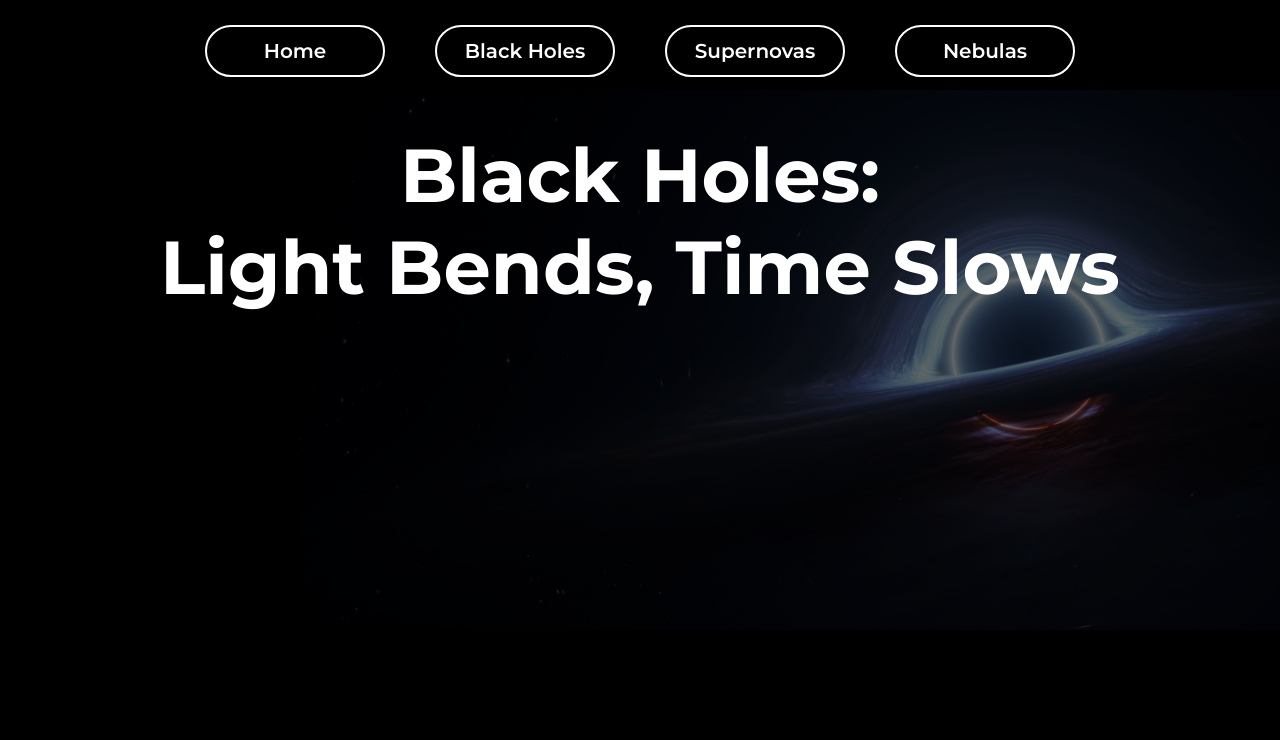
Repository: english-only/Space-Website
Page: black_hole.html
These files come from the project's save history. The page is drawn as it stood at one moment and after the next save; the edit follows.
The browser window is 1280 px wide. The pictures show the whole page.
The pointer rests on the first visible `.page-2-hero`.
Backgrounds fixed to the window are drawn as part of the page.

Above is the page before, as saved 2024-12-16 09:41:40.

After the next save:
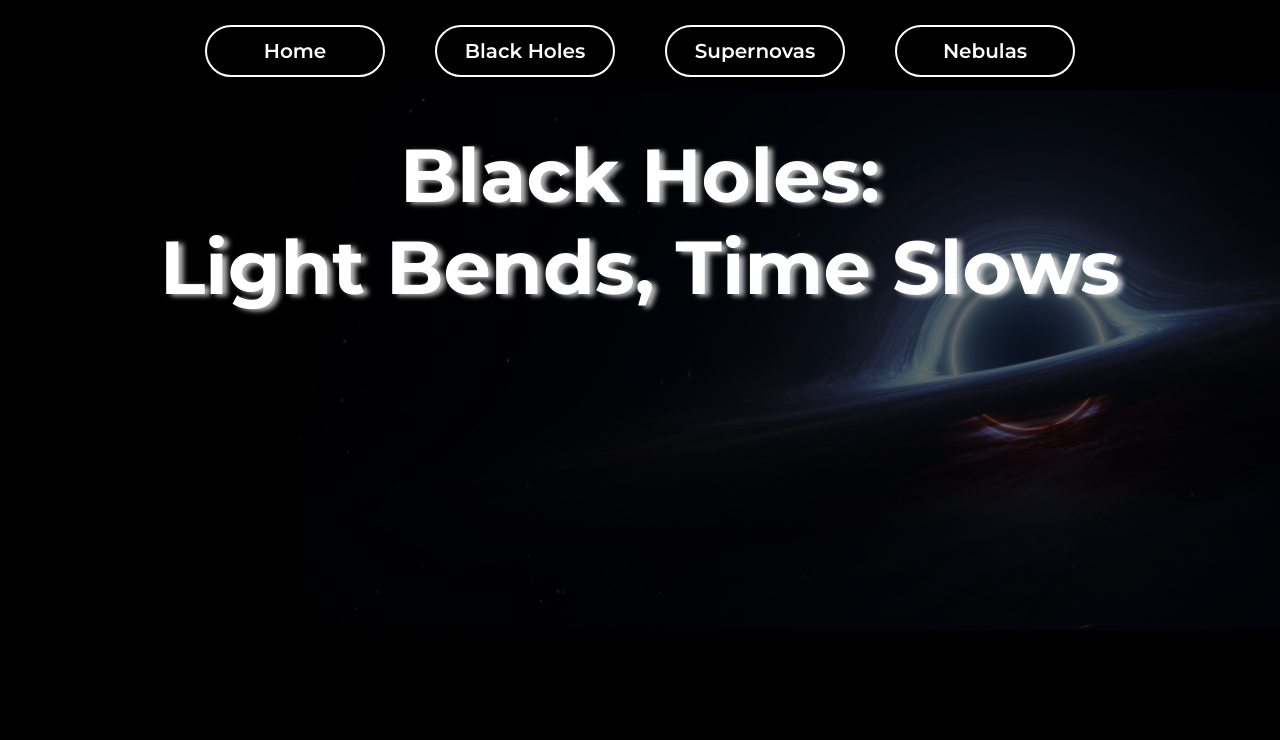
Saved 6 s later.
--- a/main.css
+++ b/main.css
@@ -316,7 +316,7 @@ body {
 }
 
 .page-2-hero:hover {
-  text-shadow: 5px5p rgba(255, 255, 255, 0.7); /* White shadow */
+  text-shadow: 5px 2px 5px rgba(255, 255, 255, 0.7); /* White shadow */
   transform: translateY(-10px); /* Raised effect */
 }
 @keyframes fadeIn {
